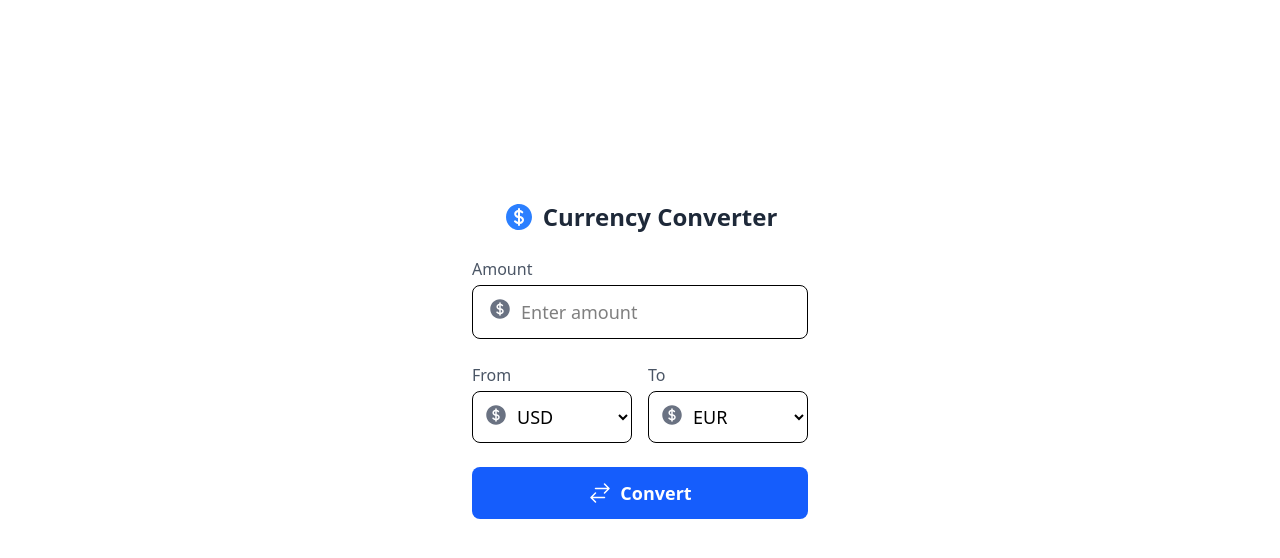
Repository: adrcstro/withcenter_developer_exam
Page: /
The author's editor kept a copy of each file at every save. The page is drawn from the files as they stood at one save, then again after the next save.
The browser window is 1280 px wide. The pictures show the whole page.
The project was rebuilt for these pictures with package versions that can differ from the ones it lists, and the page was loaded fresh each time. Also part of the build but not shown: vite.config.ts.

Above is the page before, as saved 2025-03-16 19:20:28.

After the next save:
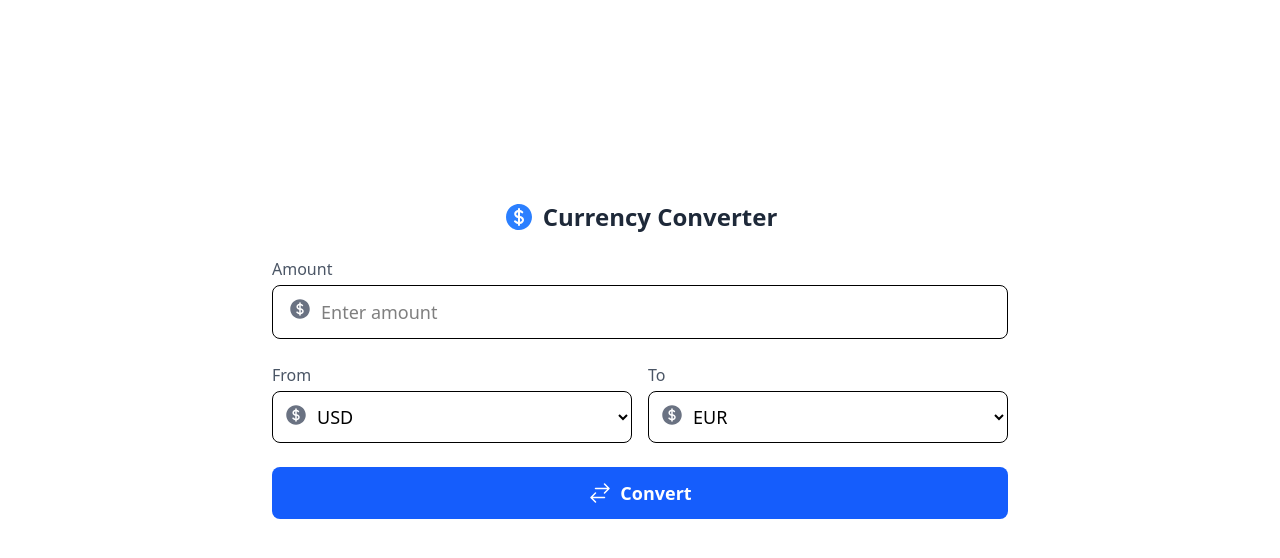
Saved 29 s later.
--- a/src/App.tsx
+++ b/src/App.tsx
@@ -18,7 +18,7 @@ function App() {
 
   return (
     <div className="flex items-center justify-center min-h-screen bg-white">
-      <div className="bg-white rounded-xl p-8 w-[400px]">
+      <div className="bg-white rounded-xl p-8 w-[800px]">
         <h2 className="text-2xl font-bold text-gray-800 text-center mb-6 flex items-center justify-center gap-2">
           <CurrencyDollarIcon className="w-8 h-8 text-blue-500" />
           Currency Converter
